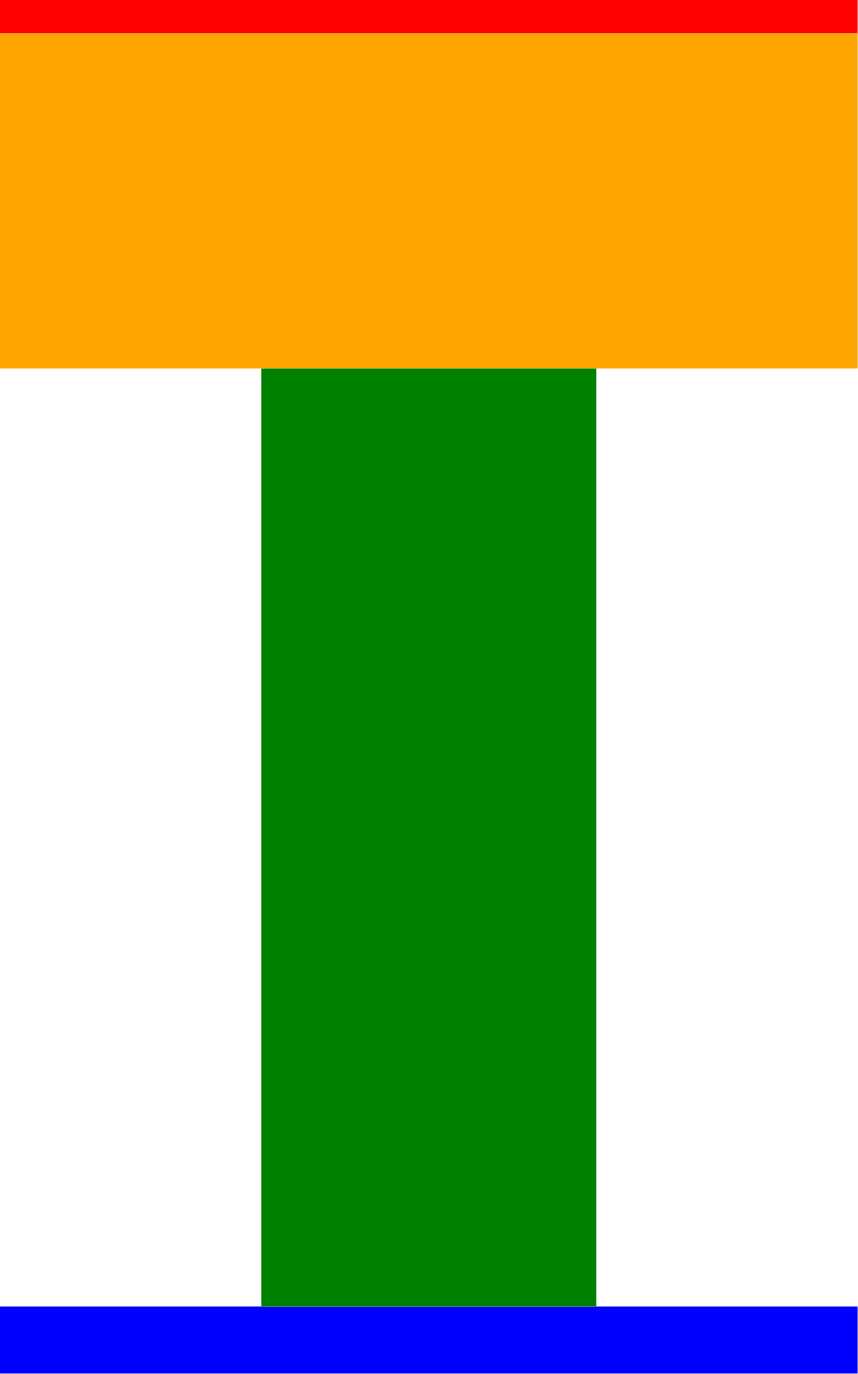
Repository: yuuyatada/API_sample_app
Page: htmlCP4/CP4index.html
The author's editor kept a record of every edit. The page is drawn from the files as they stood at one moment, then again after the next edit.
The browser window is 1280 px wide. The pictures show the whole page, at 67% of full size.

Above is the page before.

### htmlCP4/CP4index.html
<!DOCTYPE html>
<html lang="ja">
  <head>
    <meta charset="UTF-8" />
    <!-- CSSファイルの読み込み -->
    <link rel="stylesheet" href="CP4style.css" />
    <title>演習問題CP4</title>
  </head>
  <body>


  <div class="header"></div>

  <div class="main-visual"></div>



<div class="main">

    <div class="blog"></div>


</div>


<div class="footer"></div>

  </body>
</html>

### htmlCP4/CP4style.css
/* ブラウザがそれぞれ持っているCSSをリセットするための記述 */
* {
  margin: 0;
  padding: 0;
  box-sizing: border-box;
}

.header{
    width:100%;
    height:50px;
    background-color:red;
}


.main-visual{
    width:100%;
    height:500px;
    background-color:orange;
}

.main{
    width: 960px;
    display: flex;
    justify-content:center;
    margin: 0  auto ;
}

.sidebar-left{
     width: 230px;
    height: 1400px;
    background-color: palegreen;
}
.blog{
    width: 500px;
    height: 1400px;
    background-color: green;

}
.sidebar-right{
     width: 230px;
    height: 1400px;
    background-color: palegreen;
}


.footer{
    width:100%;
    height:100px;
    background-color: blue;

}

After the next edit:
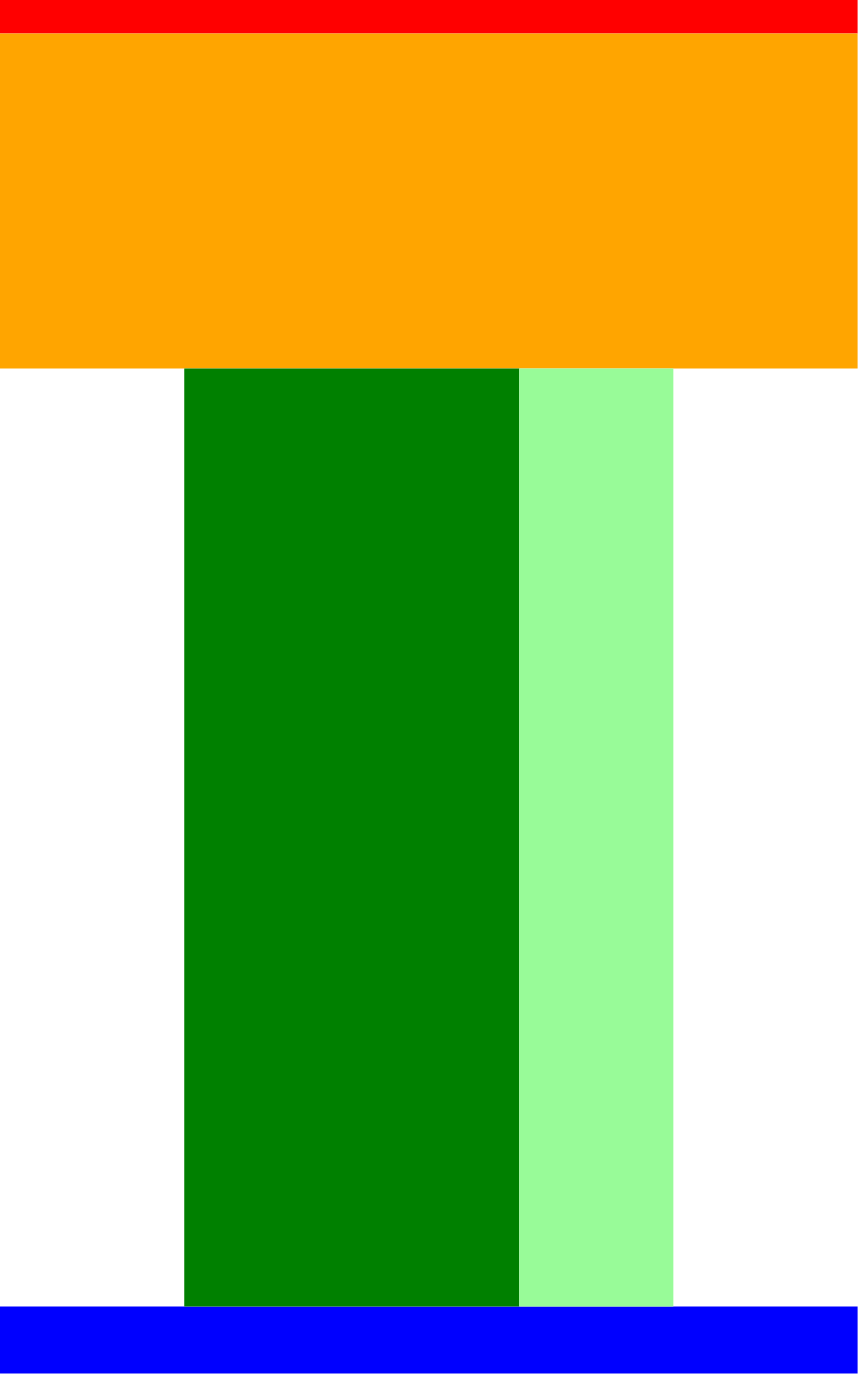
The edit:
--- a/htmlCP4/CP4index.html
+++ b/htmlCP4/CP4index.html
@@ -16,8 +16,9 @@
 
 
 <div class="main">
-
+    <div class="saidebar-left"></div>
     <div class="blog"></div>
+    <div class="sidebar-right"></div>
 
 
 </div>
